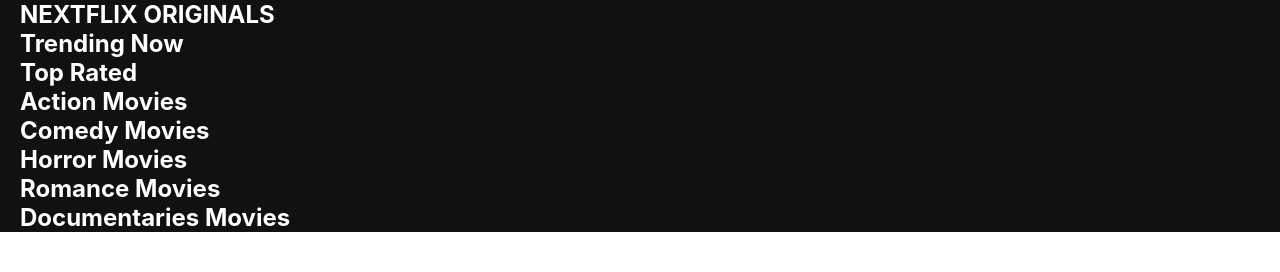
Repository: chadrackkyungu/netflix-clone
Page: /
These files come from the project's save history. The page is drawn as it stood at one moment and after the next save; the edit follows.
The browser window is 1280 px wide. The pictures show the part of the page from y = 448 to 1000 px (the page is 720 px tall before and 1000 px after).
The page's requests for data from a server got no answer. The project was rebuilt for these pictures with package versions that can differ from the ones it lists, and the page was loaded fresh each time. No one was signed in, and anything a server would have sent is missing.

Above is the page before, as saved 2021-05-30 15:19:45.

### src/index.js
import React from 'react';
import ReactDOM from 'react-dom';
import './index.css';
import App from './App';
import {store} from './app/store';
import {Provider} from 'react-redux';
import * as serviceWorker from './serviceWorker';

ReactDOM.render(
  <React.StrictMode>
    <Provider store={store}>
      <App />
    </Provider>
  </React.StrictMode>,
  document.getElementById('root')
);

serviceWorker.unregister();

### src/App.js
import React from 'react';
import './App.css';
import HomeScreen from './HomeSreen';

function App() {
  return (
    <div className="app">
      <HomeScreen />
    </div>
  );
}

export default App;

### src/app/store.js
import {configureStore} from '@reduxjs/toolkit';
// import counterReducer from '../features/counter/counterSlice';
import counterReducer from '../features/counterSlice';

export const store = configureStore({
  reducer: {
    counter: counterReducer,
  },
});

### src/App.css
.app {
  background: #111;
}

### src/HomeSreen.js
import './HomeScreen.css';
import Navbar from './Nav';
import Banner from './Banner';
import Row from './Row';
import requests from './Request';

function HomeSreen() {
  return (
    <div className="homeScreen">
      {/* Nav Bar */}
      <Navbar />

      {/* Banner  */}
      <Banner />
      {/* Row */}

      <Row
        title="NEXTFLIX ORIGINALS"
        fetchUrl={requests.fetchNetflixOriginials}
        isLargeRow
      />

      <Row title="Trending Now" fetchUrl={requests.fetchTrending} />
      <Row title="Top Rated" fetchUrl={requests.fetchTopRated} />
      <Row title="Action Movies" fetchUrl={requests.fetchActionMovies} />
      <Row title="Comedy Movies" fetchUrl={requests.fetchComedyMovies} />
      <Row title="Horror Movies" fetchUrl={requests.fetchHorrorMovies} />
      <Row title="Romance Movies" fetchUrl={requests.fetchRomanceMovies} />
      <Row title="Documentaries Movies" fetchUrl={requests.fetchDocumentaies} />
    </div>
  );
}

export default HomeSreen;

### src/features/counterSlice.js
// import {createAsyncThunk, createSlice} from '@reduxjs/toolkit';
// import {fetchCount} from './counter/counterAPI';

// const initialState = {
//   value: 0,
//   status: 'idle',
// };

// // The function below is called a thunk and allows us to perform async logic. It
// // can be dispatched like a regular action: `dispatch(incrementAsync(10))`. This
// // will call the thunk with the `dispatch` function as the first argument. Async
// // code can then be executed and other actions can be dispatched. Thunks are
// // typically used to make async requests.
// export const incrementAsync = createAsyncThunk(
//   'counter/fetchCount',
//   async (amount) => {
//     const response = await fetchCount(amount);
//     // The value we return becomes the `fulfilled` action payload
//     return response.data;
//   }
// );

// export const counterSlice = createSlice({
//   name: 'counter',
//   initialState,
//   // The `reducers` field lets us define reducers and generate associated actions
//   reducers: {
//     increment: (state) => {
//       // Redux Toolkit allows us to write "mutating" logic in reducers. It
//       // doesn't actually mutate the state because it uses the Immer library,
//       // which detects changes to a "draft state" and produces a brand new
//       // immutable state based off those changes
//       state.value += 1;
//     },
//     decrement: (state) => {
//       state.value -= 1;
//     },
//     // Use the PayloadAction type to declare the contents of `action.payload`
//     incrementByAmount: (state, action) => {
//       state.value += action.payload;
//     },
//   },
//   // The `extraReducers` field lets the slice handle actions defined elsewhere,
//   // including actions generated by createAsyncThunk or in other slices.
//   extraReducers: (builder) => {
//     builder
//       .addCase(incrementAsync.pending, (state) => {
//         state.status = 'loading';
//       })
//       .addCase(incrementAsync.fulfilled, (state, action) => {
//         state.status = 'idle';
//         state.value += action.payload;
//       });
//   },
// });

// export const {increment, decrement, incrementByAmount} = counterSlice.actions;

// // The function below is called a selector and allows us to select a value from
// // the state. Selectors can also be defined inline where they're used instead of
// // in the slice file. For example: `useSelector((state: RootState) => state.counter.value)`
// export const selectCount = (state) => state.counter.value;

// // We can also write thunks by hand, which may contain both sync and async logic.
// // Here's an example of conditionally dispatching actions based on current state.
// export const incrementIfOdd = (amount) => (dispatch, getState) => {
//   const currentValue = selectCount(getState());
//   if (currentValue % 2 === 1) {
//     dispatch(incrementByAmount(amount));
//   }
// };

// export default counterSlice.reducer;

### src/Nav.js
import React, {useState, useEffect} from 'react';
import './Nav.css';

function Nav() {
  const [show, handleShow] = useState(false);

  const transitionNavbar = () => {
    if (window.scrollY > 100) {
      handleShow(true);
    } else {
      handleShow(false);
    }
  };

  useEffect(() => {
    window.addEventListener('scroll', transitionNavbar);

    return () => window.removeEventListener('scroll', transitionNavbar);
  }, []);

  return (
    <div className={`nav ${show && 'nav__black'}`}>
      <div className="nav__contents">
        <img
          className="nav__logo"
          src="http://www.nedpoulter.com/wp-content/uploads/2015/01/Netflix-logo.png"
          alt=""
        />
        <img
          className="nav__avatar"
          src="https://tse1.mm.bing.net/th?id=OIP.25iSkbJTm4F-Rq0g1JR8NgHaHa&pid=Api&P=0&w=300&h=300"
          alt=""
        />
      </div>
    </div>
  );
}

export default Nav;

### src/Banner.js
import React, {useState, useEffect} from 'react';
import './Banner.css';
import axios from './axios';
import requests from './Request';

function Banner() {
  //getting all the movies from the API
  const [movie, setMovie] = useState([]);
  useEffect(() => {
    async function fetchData() {
      const request = await axios.get(requests.fetchNetflixOriginials);
      setMovie(
        request.data.results[
          Math.floor(Math.random() * request.data.results.length - 1)
        ]
      );

      return request;
    }
    fetchData();
  }, []);
  console.log(movie);

  // this is a function that will cut if the string is more then 150 text
  const truncate = (paragraph_Description, number_of_Text) => {
    return paragraph_Description?.length > number_of_Text
      ? paragraph_Description.substr(0, number_of_Text - 1) + '...'
      : paragraph_Description;
  };
  //   end
  return (
    <header
      className="banner"
      style={{
        backgroundSize: 'cover',
        backgroundImage: `url("https://image.tmdb.org/t/p/original/${movie?.backdrop_path}")`,
        backgroundPosition: 'center',
        backgroundColor: '#92ddff',
        backgroundRepeat: 'no-repeat',
      }}
    >
      <div className="banner__contents">
        <h1 className="banner__title">
          {movie?.title || movie?.name || movie?.original_name}
        </h1>

        <div className="banner__buttons">
          <button className="banner__button">Paly</button>
          <button className="banner__button">My list</button>
        </div>

        <h1 className="banner__description">
          {/* this is our func on top we pass him 2 param the string and the number */}
          {truncate(
            movie?.overview,
            150 //this is the number
          )}
        </h1>
      </div>

      <div className="banner--fadeBottom" />
    </header>
  );
}

export default Banner;

### src/Row.js
import React, {useState, useEffect} from 'react';
import axios from './axios';
import './Row.css';

function Row({title, fetchUrl, isLargeRow = false}) {
  const [movies, setMovies] = useState([]);

  const base_url = 'https://image.tmdb.org/t/p/original/';

  useEffect(() => {
    async function fetchData() {
      const request = await axios.get(fetchUrl);
      setMovies(request.data.results);

      return request;
    }

    fetchData();
  }, [fetchUrl]);

  console.log(movies);

  return (
    <div className="row">
      <h2>{title}</h2>

      <div className="row__posters">
        {movies.map((movie) => {
          const {poster_path, backdrop_path, name, id} = movie;
          return (
            <img
              className={`row__poster ${isLargeRow && 'row__posterLarger'}`}
              key={id}
              src={`${base_url}${isLargeRow ? poster_path : backdrop_path}`}
              alt={name}
            />
          );
        })}
      </div>
    </div>
  );
}

export default Row;

### src/Request.js
const API_KEY = '30221dcc07d3e97c102c5cee98047de6';

const requests = {
  fetchTrending: `/trending/all/week?api_key=${API_KEY}&language=en-US`,
  fetchNetflixOriginials: `/discover/tv?api_key=${API_KEY}&with_networks=213`,
  fetchTopRated: `/movie/top_rated?api_key=${API_KEY}&language=en-US`,
  fetchActionMovies: `/discover/movie?api_key=${API_KEY}&with_genres=28`,
  fetchComedyMovies: `/discover/movie?api_key=${API_KEY}&with_genres=35`,
  fetchHorrorMovies: `/discover/movie?api_key=${API_KEY}&with_genres=27`,
  fetchRomanceMovies: `/discover/movie?api_key=${API_KEY}&with_genres=10749`,
  fetchDocumentaies: `/discover/movie?api_key=${API_KEY}&with_genres=99`,
};

export default requests;

### src/Nav.css
* {
  margin: 0;
  padding: 0;
  box-sizing: border-box;
}

.nav {
  position: fixed;
  top: 0;
  padding: 20px;
  width: 100%;
  height: 60px;
  z-index: 100;

  /* animation */
  transition-timing-function: easy-in;
  transition: all 0.5s;
}
.nav__black {
  background: black;
}

.nav__contents {
  display: flex;
  justify-content: space-between;
}
.nav__logo {
  position: fixed;
  left: 0;
  width: 80px;
  cursor: pointer;
  padding-left: 20px;
  object-fit: contain;
}
.nav__avatar {
  position: fixed;
  top: 15px;
  right: 20px;
  width: 30px;
  cursor: pointer;
  background-color: black;
  color: black;
}

### src/Banner.css
.banner {
  position: relative;
  height: 448px;
  color: white;
  object-fit: contain;
}
.banner__contents {
  margin-left: 30px;
  padding-top: 140px;
}
.banner__description {
  width: 45rem;
  padding-top: 1rem;
  font-size: 0.8rem;
  max-width: 360px;
  height: 80px;
  line-height: 2em;
}

.banner--fadeBottom {
  height: 10.3rem;
  background-image: linear-gradient(
    180deg,
    transparent,
    rgba(37, 37, 0.61),
    #111
  );
}

.banner__button {
  cursor: pointer;
  color: #fff;
  border: none;
  outline: none;
  font-weight: 700;
  border-radius: 0.2em;
  padding-right: 2em;
  padding-left: 2em;
  margin-right: 1em;
  background: rgba(51, 51, 51, 0.5);
  padding-top: 0.5rem;
  padding-bottom: 0.5rem;
}

.banner__button:hover {
  color: #000;
  background-color: #e6e6e6;
  transition: all 0.6s;
}

### src/axios.js
import axios from 'axios';

const instance = axios.create({baseURL: 'https://api.themoviedb.org/3'});

export default instance;

### src/Row.css
.row {
  color: white;
  margin-left: 20px;
}

.row__posters {
  display: flex;
  overflow: hidden;
  overflow-x: scroll;
}

Loaded but not shown: public/index.html (common file); src/index.css (common file); src/serviceWorker.js (common file); src/HomeScreen.css (no stored copy; drawn as an empty file)

After the next save:
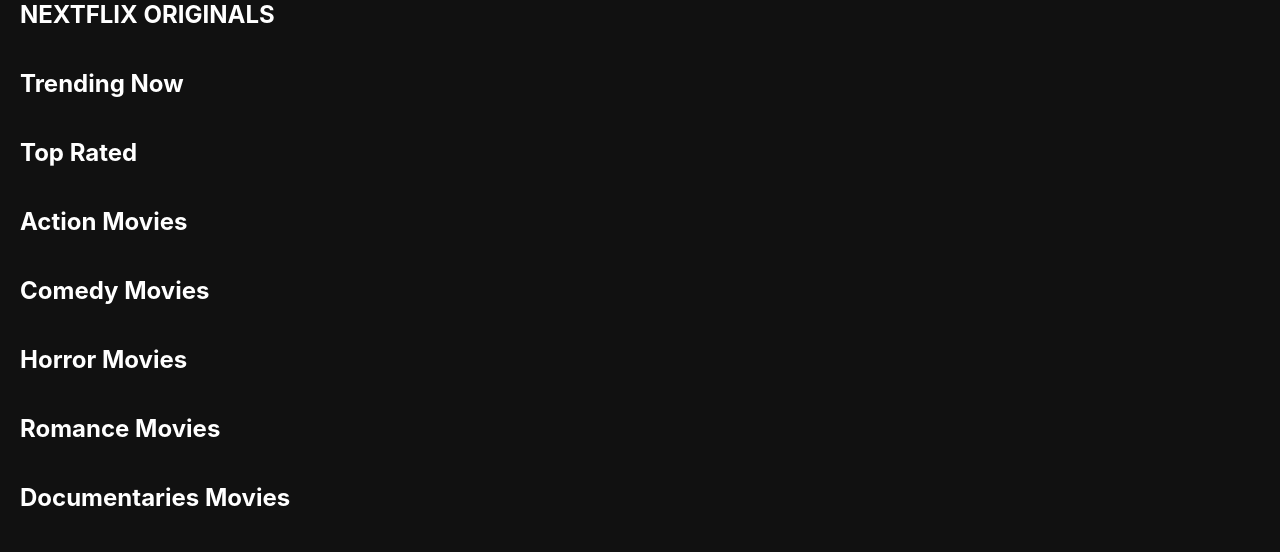
Saved 78 s later.
--- a/src/Row.css
+++ b/src/Row.css
@@ -7,4 +7,9 @@
   display: flex;
   overflow: hidden;
   overflow-x: scroll;
+  padding: 20px;
 }
+
+.row__poster {
+  max-width: 100px;
+}
